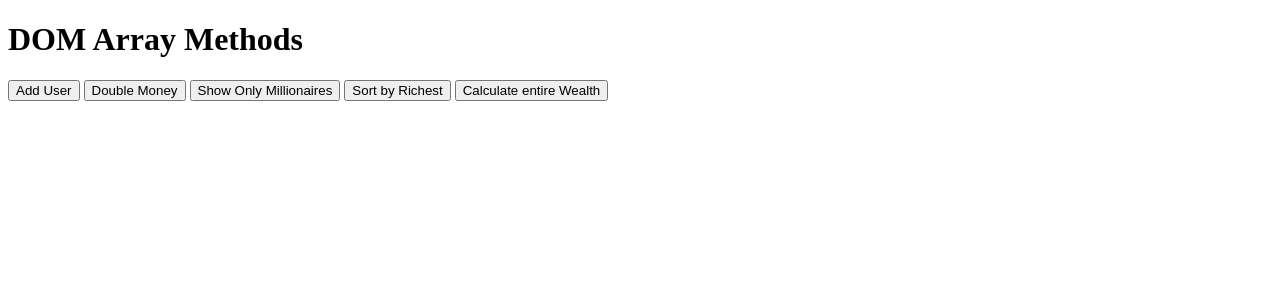
Repository: Youvelop/DOMArrayMethods
Page: index.html
An editor plug-in stored every save of this project. The page is shown before and after the next save, followed by the edit.
The browser window is 1280 px wide. The pictures show the whole page.

Above is the page before, as saved 2020-07-01 11:31:56.

After the next save:
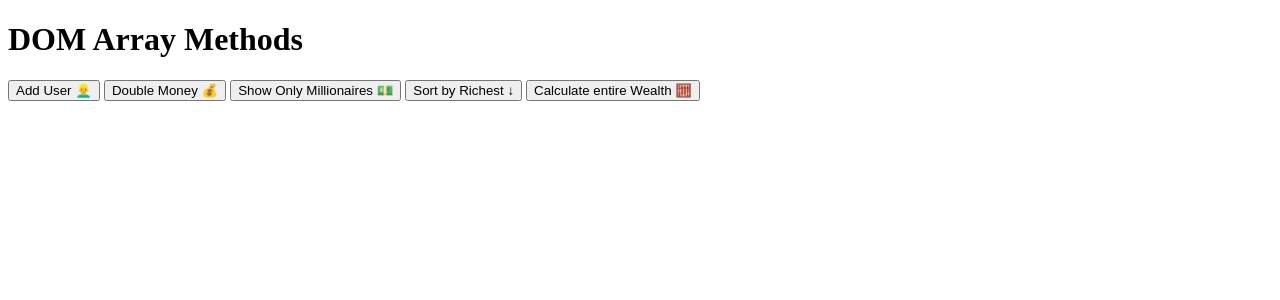
Saved 82 s later.
--- a/index.html
+++ b/index.html
@@ -11,11 +11,11 @@
 
     <div class="container">
       <aside>
-        <button id="add-user">Add User</button>
-        <button id="double">Double Money</button>
-        <button id="show-millionaire">Show Only Millionaires</button>
-        <button id="sort">Sort by Richest</button>
-        <button id="calculate-wealth">Calculate entire Wealth</button>
+        <button id="add-user">Add User 👱‍♂️</button>
+        <button id="double">Double Money 💰</button>
+        <button id="show-millionaire">Show Only Millionaires 💵</button>
+        <button id="sort">Sort by Richest ↓</button>
+        <button id="calculate-wealth">Calculate entire Wealth 🧮</button>
       </aside>
     </div>
 
